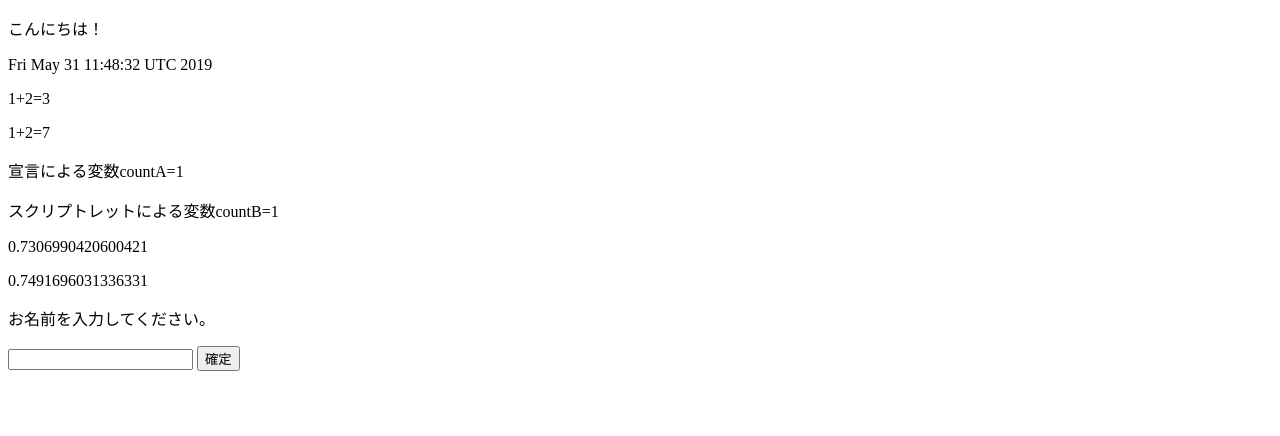
Repository: KanetaniK/test
Page: http://localhost/HelloJSP/
An editor plug-in stored every save of this project. The page is shown before and after the next save, followed by the edit.
The browser window is 1280 px wide. The pictures show the whole page.
The page is served by Tomcat 9.

Above is the page before, as saved 2019-05-31 12:38:40.

### HelloJSP/WebContent/index.jsp
<%@ page language="java" contentType="text/html; charset=UTF-8"
    pageEncoding="UTF-8"%>
<!DOCTYPE html>
<html>
<head>
<meta charset=UTF-8">
<title>TEST</title>
</head>
<body>
<p>こんにちは！</p>
<% out.println(new java.util.Date()); %>
<%!
static int add(int a, int b){
	return a+b;
}
%>

<p>1+2=<%=add(1,2) %></p>
<p>1+2=<%=add(3,4) %></p>

<%! int countA = 0; %>
<%
int countB = 0;
countA++;
countB++;
%>

<p>宣言による変数countA=<%=countA %></p>
<p>スクリプトレットによる変数countB=<%=countB %></p>

<p><% out.println(Math.random()); %></p>
<p><%=Math.random() %>

<p>お名前を入力してください。</p>
<form method="post" action="greeting-out.jsp">
<input type="text" name="user">
<input type="submit" value="確定">
</form>
</body>
</html>

After the next save:
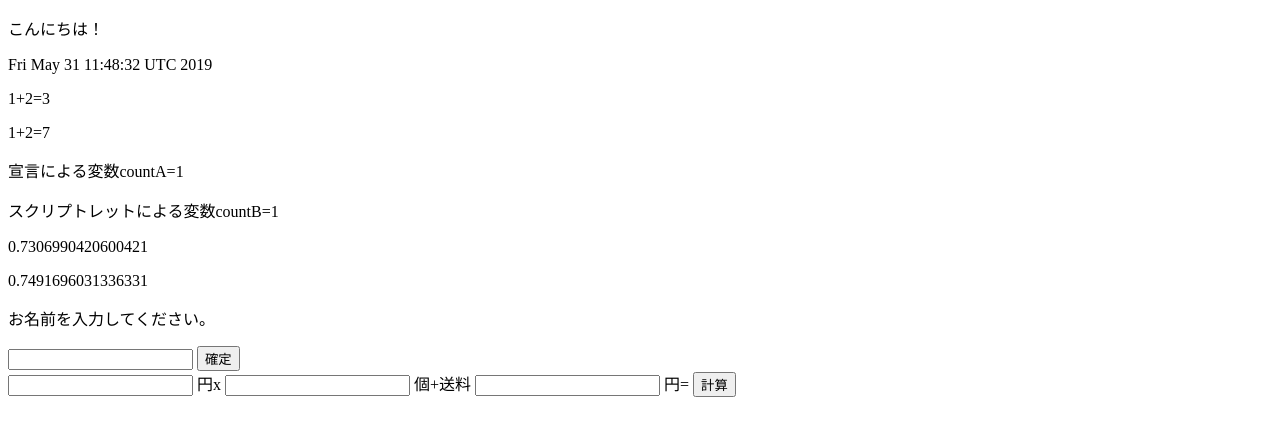
Saved 6 min 25 s later.
--- a/HelloJSP/WebContent/index.jsp
+++ b/HelloJSP/WebContent/index.jsp
@@ -36,5 +36,16 @@ countB++;
 <input type="text" name="user">
 <input type="submit" value="確定">
 </form>
+
+<form method="post" action="total-out.jsp">
+<input type="text" name="price">
+円x
+<input type="text" name="count">
+個+送料
+<input type="text" name="delivery">
+円=
+<input type="submit" value="計算">
+</form>
+
 </body>
 </html>
